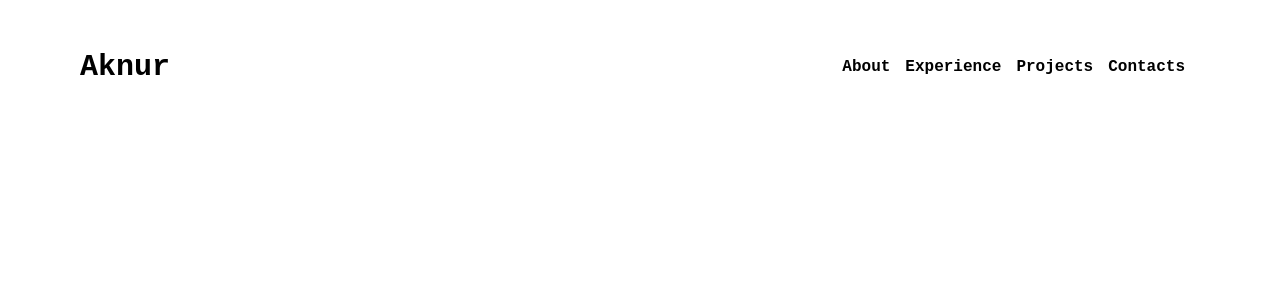
Repository: aknurkappar/nfactorial-portfolio-app-03-03-2022
Page: /
These files come from the project's save history. The page is drawn as it stood at one moment and after the next save; the edit follows.
The browser window is 1280 px wide. The pictures show the whole page.
The project was rebuilt for these pictures with package versions that can differ from the ones it lists, and the page was loaded fresh each time. Also part of the build but not shown: src/App.css.

Above is the page before, as saved 2023-03-03 20:52:19.

After the next save:
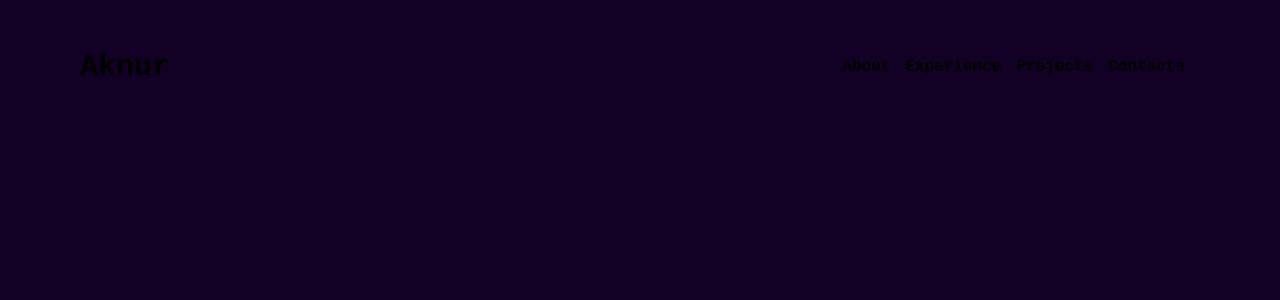
Saved 5 s later.
--- a/src/index.css
+++ b/src/index.css
@@ -7,7 +7,7 @@ body {
   -moz-osx-font-smoothing: grayscale;
   font-family:'Courier New', Courier, monospace;
   font-weight: 700;
-  background-color: ;
+  background-color: #130125;
 }
 
 code {
